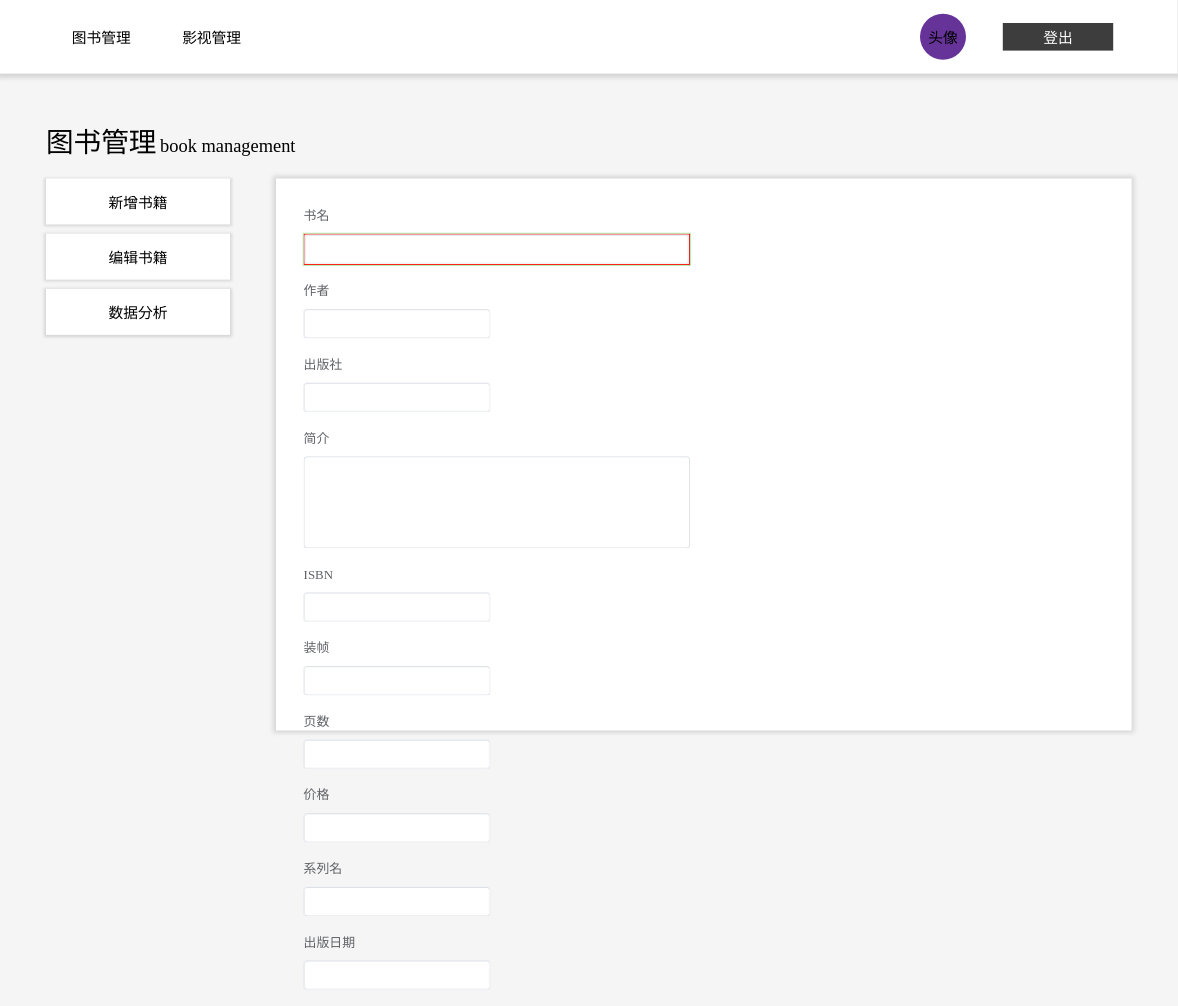
Repository: quanwangniuniu/Oasis-Reading-Platform
Page: /#/admin/books (app in Vue-frontend/)
These files come from the project's save history. The page is drawn as it stood at one moment and after the next save; the edit follows.
The browser window is 1280 px wide. The pictures show the whole page, at 92% of full size.
The first visible `.el-input` has the focus.
Some web fonts or font styles are not loaded; a fallback is used. The project was rebuilt for these pictures with package versions that can differ from the ones it lists, and the page was loaded fresh each time. Also part of the build but not shown: Vue-frontend/vite.config.js, Vue-frontend/src/components/Test.vue, Vue-frontend/src/components/user/books/BookCard.vue, Vue-frontend/src/components/axios/config.js, Vue-frontend/src/components/axios/api.js, Vue-frontend/src/components/user/books/Books.vue, Vue-frontend/src/components/user/movies/Favourites.vue, Vue-frontend/src/components/user/explore/Explore.vue and 10 more.

Above is the page before, as saved 2023-04-13 16:39:00.

### Vue-frontend/index.html
<!DOCTYPE html>
<html lang="en">
  <head>
    <meta charset="UTF-8">
    <meta name="viewport" content="width=device-width, initial-scale=1.0">
    <title>Vite App</title>
    <style>
      *{
        padding: 0px;
        margin: 0px;
      }

      body{
        background-color: rgb(245, 245, 245);
      }
    </style>
  </head>
  <body>
    <div id="app"></div>
    <script type="module" src="/src/main.js"></script>
  </body>
</html>

### Vue-frontend/src/main.js
import { createApp } from 'vue'
import ElementPlus from 'element-plus'
import 'element-plus/dist/index.css'
import App from './App.vue'
import router from './components/router/router'
import * as ElementPlusIconsVue from '@element-plus/icons-vue'
import './assets/font/font.css'
import './assets/css/element.css'

const app = createApp(App)
app.use(router)
app.use(ElementPlus)
app.mount('#app')
for (const [key, component] of Object.entries(ElementPlusIconsVue)) {
    app.component(key, component)
  }

### Vue-frontend/src/App.vue
<script setup>
import Test from './components/Test.vue';
</script>

<template>
  <div>
    <router-view></router-view>
  </div>
</template>

<style scoped>
</style>

### Vue-frontend/src/components/router/router.js
import {createRouter, createWebHashHistory} from 'vue-router'
import Books from '../user/books/Books.vue'
import Movies from '../user/movies/Favourites.vue'
import Explore from '../user/explore/Explore.vue'
import Login from '../user/login/Login.vue'
import SpecificBook from '../user/books/SpecificBook.vue'
import User from '../User.vue'
import Admin from '../Admin.vue'
import UserInfo from '../user/info/UserInfo.vue'
import BookSearch from '../user/books/BookSearch.vue'
import Transit from '../user/books/Transit.vue'
import BookManagement from '../admin/bookManagement/BookManagement.vue'
import MovieManagement from '../admin/movieManagement/MovieManagement.vue'

import {checkUser} from './utils.js'

const router = createRouter({
    history: createWebHashHistory(),
    routes:[
        {path:'/user', component: User, alias:['/'], children:[
            {path:'books', component: Books},
            {path:'search',name:'search', component: BookSearch},
            {path:'transit',name:'transit', component: Transit},
            {path:'books/:id', component: SpecificBook,beforeEnter: checkUser},
            {path:'movies', component: Movies},
            {path:'explore', component: Explore},
            {path:'login', component: Login},
            {path:'info', component: UserInfo, beforeEnter: checkUser},
        ]},
        {path:'/admin', component: Admin,children:[
            {path:'books', component: BookManagement},
            {path:'movies', component: MovieManagement}
        ]}
    ]
})

export default router

### Vue-frontend/src/assets/font/font.css

  @font-face {
    font-family: siyuansongti;
    src: url(./Source_Han_Serif_SC_Light_Light.otf);
    font-weight: normal;
    font-style: normal;
  }

### Vue-frontend/src/assets/css/element.css
.el-textarea__inner{
    resize: none;
    height: 100px;
}

.el-input:focus{
    outline: 1px solid #AFECAB;
    border: 1px solid red;
}

### Vue-frontend/src/components/Admin.vue
<script setup>
import BookManagementVue from './admin/bookManagement/BookManagement.vue';
import AdminHeader from './admin/header/AdminHeader.vue';
</script>

<template>
    <AdminHeader></AdminHeader>
    <router-view></router-view>
</template>

<style scoped>
</style>

### Vue-frontend/src/components/admin/bookManagement/BookManagement.vue
<script setup>
import LeftBar from './LeftBar.vue';
import {ref} from 'vue'


const bookItem = ref({
  title: '',
  author: '',
  publisher: '',
  ISBN: '',
  description: '',
  publish_year: '',
  page:'',
  binding: '',
  price:'',
  seriers:' '
})


</script>

<template>
  <div class="top-container">
    <div class="title">
      <span>图书管理</span>&nbsp;<span>book management</span>
    </div>
  </div>
  <div class="container">
      <LeftBar></LeftBar>
      <div class="panel">
        <div>
          <el-form
            label-position="top"
            label-width="100px"
            :model="formLabelAlign"
            style="max-width: 460px"
            :inline="true"
          >
            <el-form-item label="书名" style="width:420px">
              <el-input v-model="bookItem.title" />
            </el-form-item>
            <el-form-item label="作者">
              <el-input v-model="bookItem.author" />
            </el-form-item>
            <el-form-item label="出版社">
              <el-input v-model="bookItem.publisher" />
            </el-form-item>
            <el-form-item label="简介" style="width:420px">
                <el-input v-model="bookItem.description" type="textarea"/>
            </el-form-item>
            <el-form-item label="ISBN">
              <el-input v-model="bookItem.ISBN" />
            </el-form-item>
            <el-form-item label="装帧">
              <el-input v-model="bookItem.binding" />
            </el-form-item>
            <el-form-item label="页数">
              <el-input v-model="bookItem.page" />
            </el-form-item>
            <el-form-item label="价格">
              <el-input v-model="bookItem.price" />
            </el-form-item>
            <el-form-item label="系列名">
              <el-input v-model="bookItem.price" />
            </el-form-item>
            <el-form-item label="出版日期">
              <el-input v-model="bookItem.price" />
            </el-form-item>
          </el-form>
        </div>
      </div>
  </div>

</template>

<style scoped>
.top-container{
  margin: 50px 50px 0px 50px;
  display: flex;
  justify-content: space-between;
}

.title{
  width: 400px;
  font-family: siyuansongti;
}
.container{
  display: flex;
  margin: 20px 50px 0px 50px
}

.title span:nth-child(1){
  font-size: 30px;
}
.title span:nth-child(2){
  font-size: 20px;
}

.panel{
  box-sizing: border-box;
  flex: 1;
  height: 600px;
  background-color: white;
  box-shadow: 0 0 5px 3px rgb(214, 214, 214);
  padding: 30px;
}

</style>

### Vue-frontend/src/components/router/utils.js
export const checkUser = (from, to, next) => {
    if(localStorage.getItem('token') === null){
        next('/login')
    }else{
        next()
    }
}

### Vue-frontend/src/components/admin/header/AdminHeader.vue
<script setup>

let logout = () =>{
    localStorage.clear('token')
    localStorage.clear('type')
}

</script>

<template>
    <div>
        <div class="container">
            <div class="left">
                <div class="nav"><router-link to="/admin/books">图书管理</router-link></div>
                <div class="nav"><router-link to="/admin/movies">影视管理</router-link></div>
            </div>

            <div class="right">
                <div class="nav avata"><router-link to="/info">头像</router-link></div>
                <div class="nav login"><router-link to="/explore" @click="logout">登出</router-link></div>
            </div>

        </div>
    </div>

</template>

<style scoped>
.container{
    height: 80px;
    background-color: white;
    /* 边框模糊效果 */
    box-shadow: 0 0 5px 5px rgb(214, 214, 214);
    /* 开启flex布局 */
    display: flex;
    /* 设置元素靠右排列 */
    justify-content: space-between;
    /* 设置元素垂直居中 */
    align-items: center;
}

.left{
    display: flex;
    /* 设置元素垂直居中 */
    align-items: center;
    padding-left: 50px;
}

.right{
    display: flex;
    /* 设置元素垂直居中 */
    align-items: center;
    padding-right: 50px;
}

.nav{
    width: 80px;
    height: 30px;
    margin-left: 20px;
    margin-right: 20px;
    /* 设置nav内部a标签水平居中 */
    text-align: center;
    /* 开启flex局部 */
    display: flex;
    /* 设置nav内部a标签垂直居中 */
    align-items: center;
}

.nav a{
    width: 80px;
    /* 清除a标签默认样式 */
    text-decoration: none;
    color: black;

}

.login{
    width: 120px;
    background-color: rgb(61, 61, 61);
}

.login a{
    width: 1200px;
    color: white;
}

.avata{
    width: 50px;
    height: 50px;
    border-radius: 50%;
    background-color: rebeccapurple;
}


</style>

### Vue-frontend/src/components/admin/bookManagement/LeftBar.vue
<script setup>

</script>

<template>
    <div class="leftbar-container">
        <div class="card">
            新增书籍
        </div>
        <div class="card">
            编辑书籍
        </div>
        <div class="card">
            数据分析
        </div>
    </div>

</template>

<style scoped>
.leftbar-container{
    width: 250px;
    height: 600px;
}

.card{
    width: 200px;
    height: 50px;
    background: white;
    /* 设置卡片阴影 */
    box-shadow: 0px 1px 3px 2px rgb(214, 214, 214);
    /* 开启flex布局 文字水平垂直居中 */
    display: flex;
    justify-content: center;
    align-items:center;
    margin-bottom: 10px;
}

.card:hover{
    transform:scale(1.1);
}
</style>

After the next save:
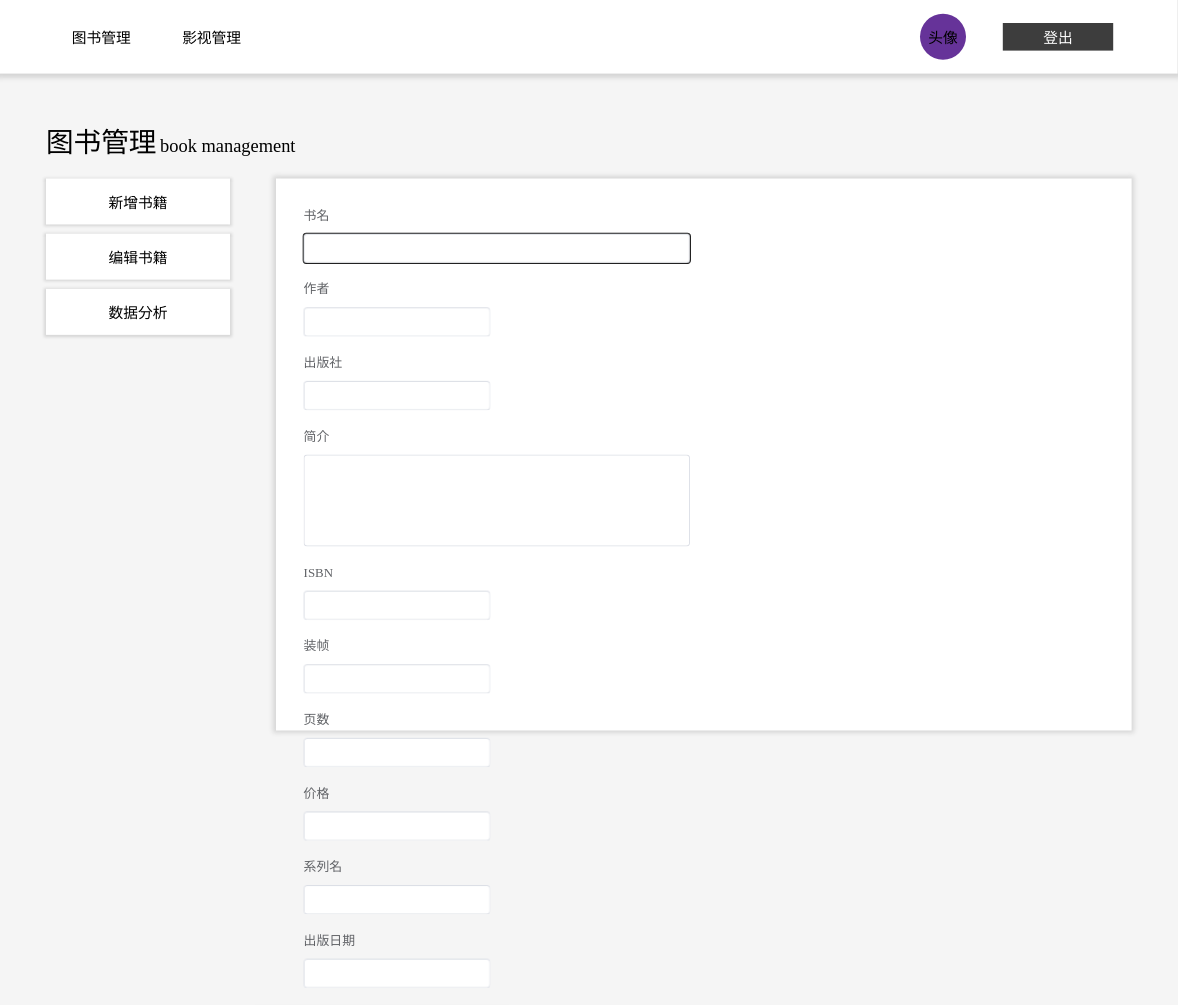
Saved 36 s later.
--- a/Vue-frontend/src/assets/css/element.css
+++ b/Vue-frontend/src/assets/css/element.css
@@ -3,7 +3,6 @@
     height: 100px;
 }
 
-.el-input:focus{
+.el-input__inner:focus{
     outline: 1px solid #AFECAB;
-    border: 1px solid red;
 }
